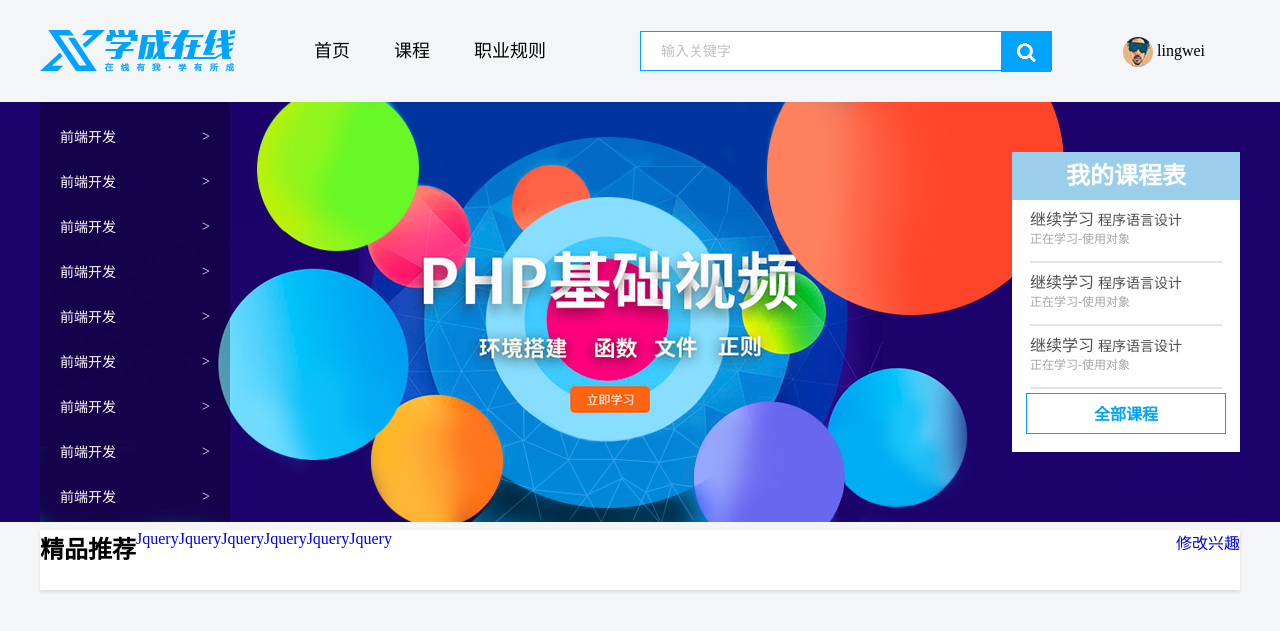
Repository: DengBiHua/xcdx
Page: index.html
These files come from the project's save history. The page is drawn as it stood at one moment and after the next save; the edit follows.
The browser window is 1280 px wide. The pictures show the whole page.

Above is the page before, as saved 2022-04-14 23:18:56.

After the next save:
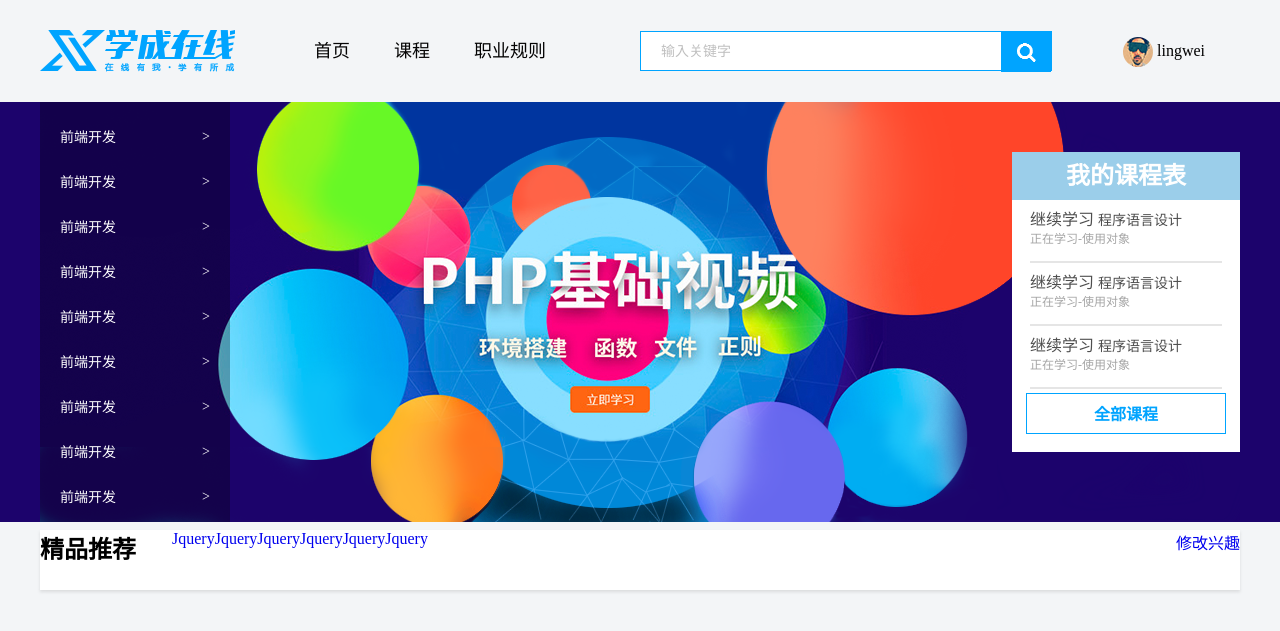
Saved 76 s later.
--- a/css/index.css
+++ b/css/index.css
@@ -221,6 +221,8 @@
 
 .recommend h2 {
     float: left;
+    width: 132px;
+    height: 60px;
 }
 
 .recommend ul {
